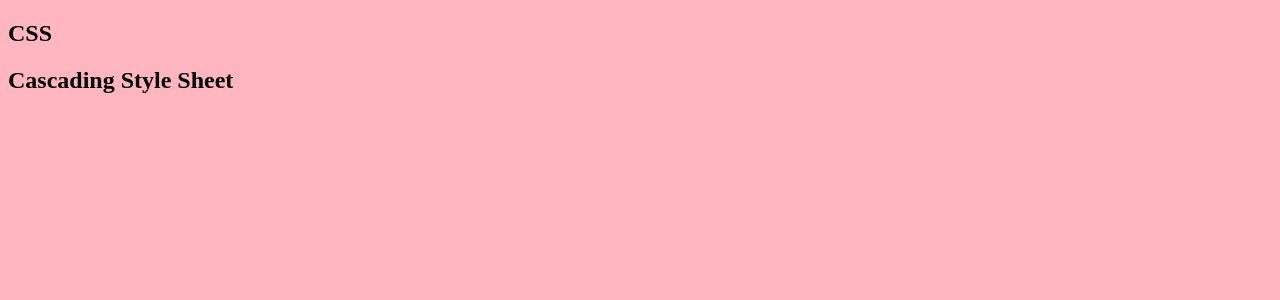
Repository: Sid0130/HTML
Page: lab-web/lab02_css/src/main/webapp/index.html
An editor plug-in stored every save of this project. The page is shown before and after the next save, followed by the edit.
The browser window is 1280 px wide. The pictures show the whole page.

Above is the page before, as saved 2024-12-04 06:52:14.

### lab-web/lab02_css/src/main/webapp/index.html
<!DOCTYPE html>
<html>
	<head>
		<meta charset="UTF-8">
		<title>Lab02 CSS</title>

        <!-- 외부 CSS 파일 링크 -->
        <link rel="stylesheet" href="css/mystyle.css"/>
	</head>
	<body>

<!-- 메인이라는 의미만 갖고있는 -->
		<main> <!-- 웹 페이지의 주요 영역(main devision)라는 의미를 갖는 태그. -->
            <section> <!-- 웹 페이지의 섹션 영역(section division)이라는 의미를 갖는 태그. -->
                <h1>CSS</h1>
                <h2>Cascading Style Sheet</h2>
            </section>
        </main>
	</body>
</html>

<!--
Front-End 개발 언어:
1. HTML: 웹 페이지의 정적 컨텐츠(링크, 이미지, 테이블, 폼, 리스트, ...)들을 작성하는 언어
2. CSS: 웹 페이지의 스타일(요소 배치, 색상, 모양, 크기, ...)들을 작성하는 언어.
3. JavaScript: 웹 페이지의 동적 변화, 이벤트 처리, 서버와 통신 등과 같은 기능을 구현하는 언어.
   **중요: 브라우저에서 실행되는 프로그래밍 언어. 노드js가 서버에서 해주기도 하는데  일반적으로 브라우저에서 실행.

CSS 적용 방법:
1. 외부(external) CSS: 별도의 css 파일에서 작성된 내용을 html 파일에서 링크해서 사용.
2. 내부(internal) CSS: HTML 파일의 <script> 태그 안에서 스타일을 작성.
3. inline CSS: 각각의 HTML 태그 요소 안에서 style 속성(attribute) 값을 작성.
-->

### lab-web/lab02_css/src/main/webapp/css/mystyle.css
@charset "UTF-8";  /* CSS 파일의 인코딩 선언*/

/*
 * CSS 문법:
 * selector {
 *     property: value;
 *     ...
 * }
 */

body {
    background-color: LightPink; /* 바탕색 */
}

After the next save:
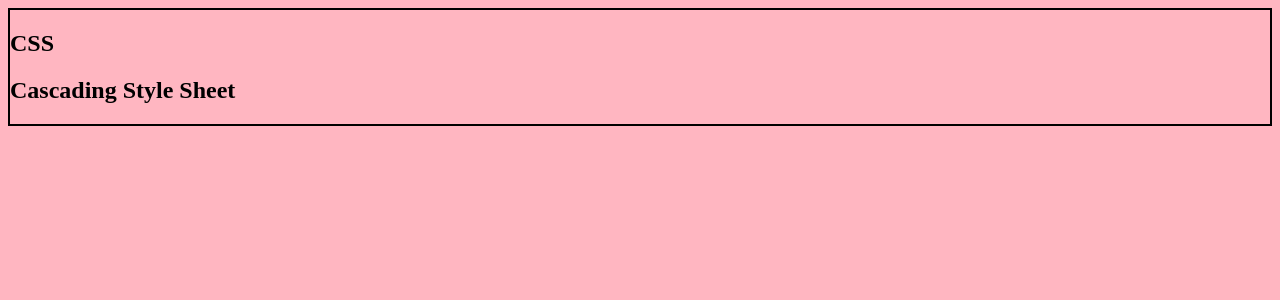
Saved 39 s later.
--- a/lab-web/lab02_css/src/main/webapp/css/mystyle.css
+++ b/lab-web/lab02_css/src/main/webapp/css/mystyle.css
@@ -11,3 +11,7 @@
 body {
     background-color: LightPink; /* 바탕색 */
 }
+
+main{
+    border: 2px solid black;
+}
